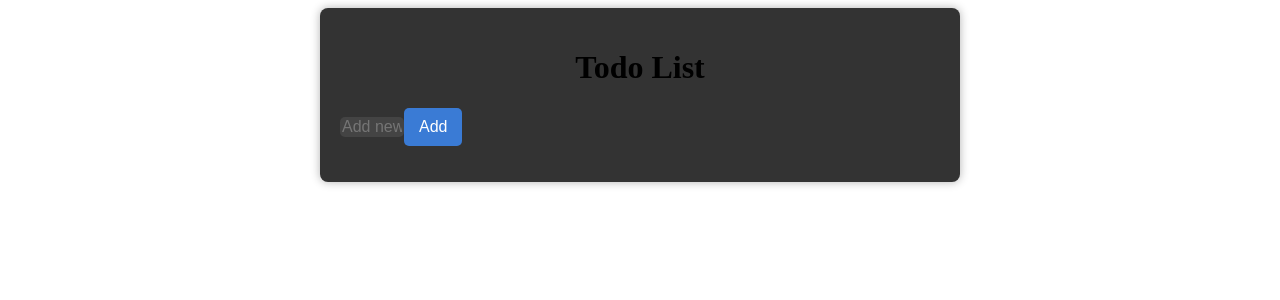
Repository: Tobby004/Todo-assignment
Page: / (app in todo-list-app/)
An editor plug-in stored every save of this project. The page is shown before and after the next save, followed by the edit.
The browser window is 1280 px wide. The pictures show the whole page.
The project was rebuilt for these pictures with package versions that can differ from the ones it lists, and the page was loaded fresh each time. Also part of the build but not shown: todo-list-app/vue.config.js.

Above is the page before, as saved 2023-12-06 16:07:13.

### todo-list-app/src/App.vue
<template>
  <div id="app">
    <h1>Todo List</h1>
    <div class="input-container">
      <input v-model="newTodo" @keyup.enter="addTodo" placeholder="Add new todo" class="input-field">
      <button @click="addTodo" class="add-button">Add</button>
    </div>
    <ul>
      <li v-for="(todo, index) in todos" :key="index" class="todo-item">
        <span>{{ todo }}</span>
        <button @click="editTodo(index)" class="edit-button">Edit</button>
        <button @click="deleteTodo(index)" class="delete-button">Delete</button>
      </li>
    </ul>
  </div>
</template>



<script>
export default {
  data() {
    return {
      todos: [],
      newTodo: '',
      editedTodoIndex: null,
    };
  },
  methods: {
    addTodo() {
      if (this.newTodo.trim() !== '') {
        if (this.editedTodoIndex !== null) {
          this.todos[this.editedTodoIndex] = this.newTodo;
          this.newTodo = '';
          this.editedTodoIndex = null;
        } else {
          this.todos.push(this.newTodo);
          this.newTodo = '';
        }
      }
    },
    editTodo(index) {
      this.newTodo = this.todos[index];
      this.editedTodoIndex = index;
    },
    deleteTodo(index) {
      this.todos.splice(index, 1);
    },
  },
};
</script>

<style scoped>
body {
  margin: 0;
  font-family: Arial, sans-serif;
  background-color: #222;
  color: #eee;
}

#app {
  max-width: 600px;
  margin: 0 auto;
  padding: 20px;
  background-color: #333;
  border-radius: 8px;
  box-shadow: 0 0 10px rgba(0, 0, 0, 0.3);
}

h1 {
  text-align: center;
}

.input-container {
  display: flex;
  align-items: center;
  margin-bottom: 10px;
}

.input-field {
  width: 60px;
  border: none;
  border-radius: 5px;
  font-size: 16px;
  background-color: #444;
  color: #eee;
}

.add-button {
  padding: 10px 15px;
  border: none;
  border-radius: 5px;
  cursor: pointer;
  font-size: 16px;
  background-color: #3a7bd5;
  color: #fff;
  transition: background-color 0.3s ease;
}

.add-button:hover {
  background-color: #2e5aa3;
}
.todo-item {
  display: flex;
  align-items: center;
  justify-content: space-between;
  padding: 10px;
  margin-bottom: 8px;
  background-color: #555;
  border-radius: 5px;
  transition: background-color 0.3s ease;
}

.todo-item:hover {
  background-color: #666;
}

.edit-button,
.delete-button {
  padding: 5px 10px;
  border: none;
  border-radius: 3px;
  cursor: pointer;
  transition: background-color 0.3s ease;
}

.edit-button:hover {
  background-color: #3a7bd5;
}

.delete-button:hover {
  background-color: #d9534f;
}
</style>

Loaded but not shown: todo-list-app/public/index.html (common file); todo-list-app/src/main.js (common file)

After the next save:
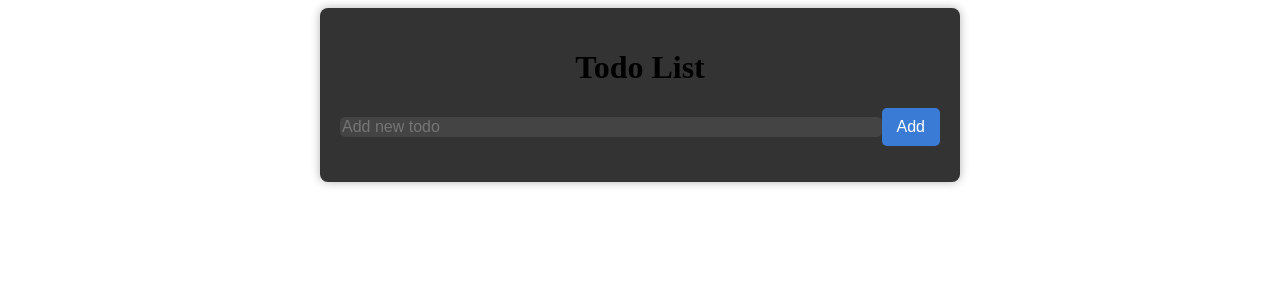
Saved 20 s later.
--- a/todo-list-app/src/App.vue
+++ b/todo-list-app/src/App.vue
@@ -78,7 +78,7 @@ h1 {
 }
 
 .input-field {
-  width: 60px;
+  width: calc(100% - 60px);
   border: none;
   border-radius: 5px;
   font-size: 16px;
